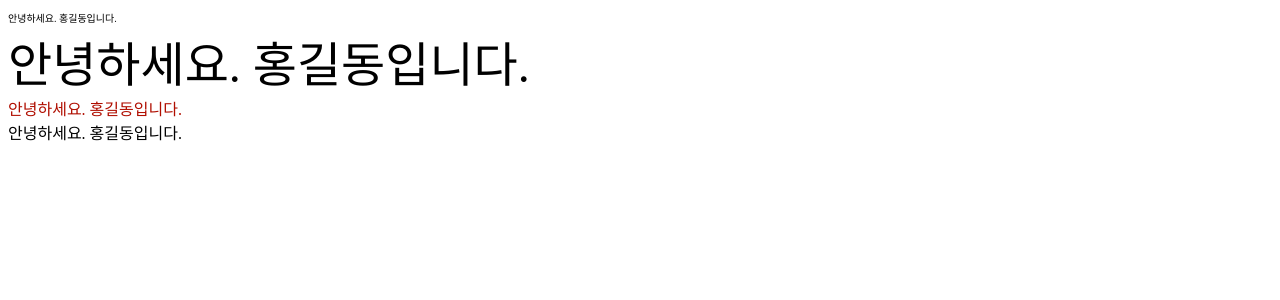
Repository: sungken/htmlProject
Page: ClientTest/src/main/webapp/html/ex07_font.html
These files come from the project's save history. The page is drawn as it stood at one moment and after the next save; the edit follows.
The browser window is 1280 px wide. The pictures show the whole page.

Above is the page before, as saved 2024-03-13 00:10:49.

### ClientTest/src/main/webapp/html/ex07_font.html
<!DOCTYPE html>
<html>
<head>
<meta charset="UTF-8">
<title>Insert title here</title>
</head>
<body>
<!-- ex07_font.html -->
<!--

	<font> 태그
	- 텍스트의 크기와 색상을 지정하는 태그
	- 서식 태그 (역할X, 데이터의 의미 지정X, 시각적 효과 존대)> CSS 대체

	font.color
	- 전경색


 -->

 <font size="1">안녕하세요. 홍길동입니다.<br></font>
 <font size="7">안녕하세요. 홍길동입니다.<br></font>
 <font color="bule">안녕하세요. 홍길동입니다.<br></font>
 <font>안녕하세요. 홍길동입니다.<br></font>


</body>
</html>

After the next save:
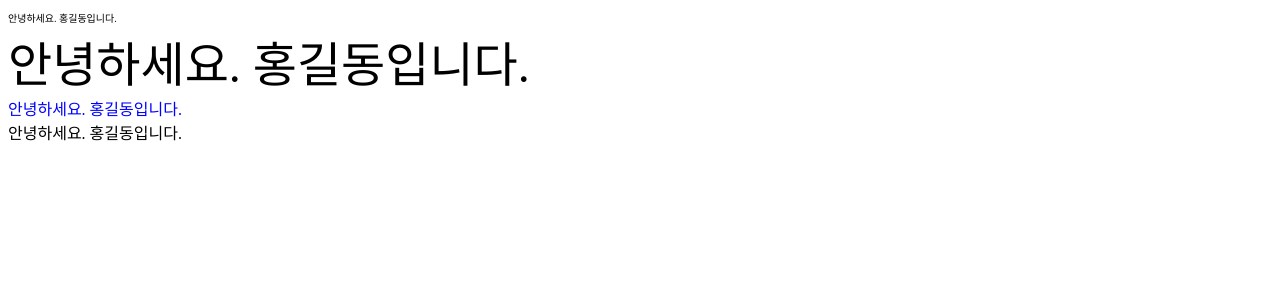
Saved 12 s later.
--- a/ClientTest/src/main/webapp/html/ex07_font.html
+++ b/ClientTest/src/main/webapp/html/ex07_font.html
@@ -20,7 +20,7 @@
 
  <font size="1">안녕하세요. 홍길동입니다.<br></font>
  <font size="7">안녕하세요. 홍길동입니다.<br></font>
- <font color="bule">안녕하세요. 홍길동입니다.<br></font>
+ <font color="blue">안녕하세요. 홍길동입니다.<br></font>
  <font>안녕하세요. 홍길동입니다.<br></font>
 
 
